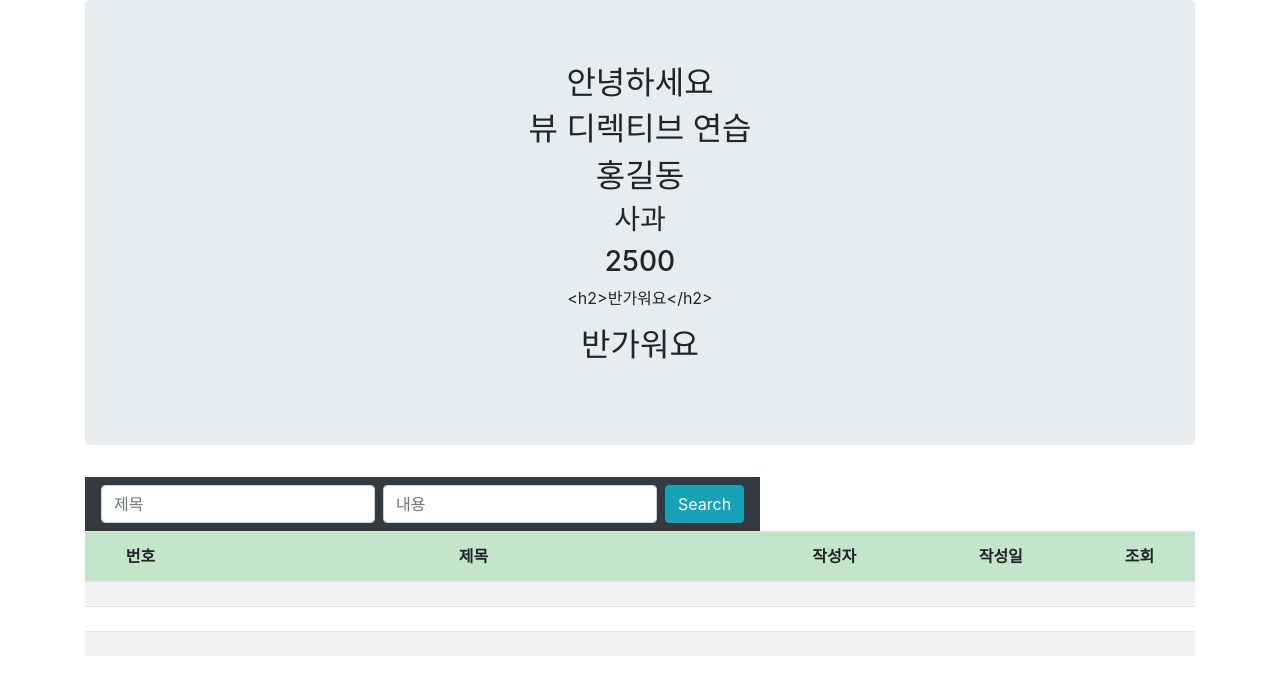
Repository: arongss/java
Page: springweb/src/main/webapp/a02_vue/a02_directive.html
The author's editor kept a copy of each file at every save. The page is drawn from the files as they stood at one save, then again after the next save.
The browser window is 1280 px wide. The pictures show the whole page.

Above is the page before, as saved 2023-02-01 07:42:58.

### springweb/src/main/webapp/a02_vue/a02_directive.html
<!DOCTYPE html>
<html>
<head>
<meta charset="UTF-8">
<title>Insert title here</title>
<link rel="stylesheet" href="/springweb/a00_com/bootstrap.min.css" >
<style>
	td{text-align:center;}
</style>
<script src="https://cdn.jsdelivr.net/npm/vue/dist/vue.js"></script>
<script src="/springweb/a00_com/jquery.min.js"></script>
<script src="/springweb/a00_com/bootstrap.min.js"></script>
<script type="text/javascript">
/*
1. 단방향 디렉티브
	1) {{모델명}} : 모델데이터를 처리하는 기본 형식
		출력형식 태그에 바로 사용한다. ex) <h2>{{모델명}}</h2>
	2) v-text : 모델데이터를 태그의 속성으로 선언하여 출력할 데이터를
		처리하는 방식. html랜더린(해석)하지 않는다.
		ex) <h2 v-text="모델명"></h2>
		ex) 물건명, 가격을 모델데이터로 선언하고
			h3, h3에 v-text속성으로 출력되게 하세요
	3) v-html : 태그가 포함된 모델데이터를 html로 랜더링(해석)해서
		출력할 때, 속성으로 선언한다.
	4) v-bind : 모델데이터를 요소객체의 속성값으로 할당하여 처리할 때,
		활용하는 변수형식
			<요소객체 v-bind:속성="속성값">

		ex) <h2 v-bind:align="모델명">데이터</h2>

 */
	$(document).ready(function(){
		var vm = new Vue({
			el:".container",
			data:{msg:"뷰 디렉티브 연습", name:"홍길동",
				pname:"사과",price:2500,
				msg2:"<h2>반가워요</h2>",
				align01:"center"}
		})
	});
</script>
</head>
<body>
<!-- ex) 물건명, 가격을 모델데이터로 선언하고
		h3, h3에 v-text속성으로 출력되게 하세요 -->
<div class="container">
	<div class="jumbotron text-center">
		<h2 v-bind:align="align01">안녕하세요</h2>
	  <h2 >{{msg}}</h2>
	  <h2 v-text="name"></h2>
	  <h3 v-text="pname"></h3>
	  <h3 v-text="price"></h3>
	  <p v-text="msg2"></p>
	  <p v-html="msg2"></p>
	</div>
	<form id="frm01" class="form-inline"  method="post">
  	<nav class="navbar navbar-expand-sm bg-dark navbar-dark">
	    <input class="form-control mr-sm-2" placeholder="제목" />
	    <input class="form-control mr-sm-2" placeholder="내용" />
	    <button class="btn btn-info" type="submit">Search</button>
 	</nav>
	</form>
   <table class="table table-hover table-striped">
   	<col width="10%">
   	<col width="50%">
   	<col width="15%">
   	<col width="15%">
   	<col width="10%">
    <thead>

      <tr class="table-success text-center">
        <th>번호</th>
        <th>제목</th>
        <th>작성자</th>
        <th>작성일</th>
        <th>조회</th>
      </tr>
    </thead>
    <tbody>
    	<tr><td></td><td></td><td></td><td></td><td></td></tr>
    	<tr><td></td><td></td><td></td><td></td><td></td></tr>
    	<tr><td></td><td></td><td></td><td></td><td></td></tr>
    </tbody>
	</table>
</div>
</body>
</html>

Loaded but not shown: springweb/src/main/webapp/a00_com/bootstrap.min.css (library); springweb/src/main/webapp/a00_com/jquery.min.js (library); springweb/src/main/webapp/a00_com/bootstrap.min.js (library)

After the next save:
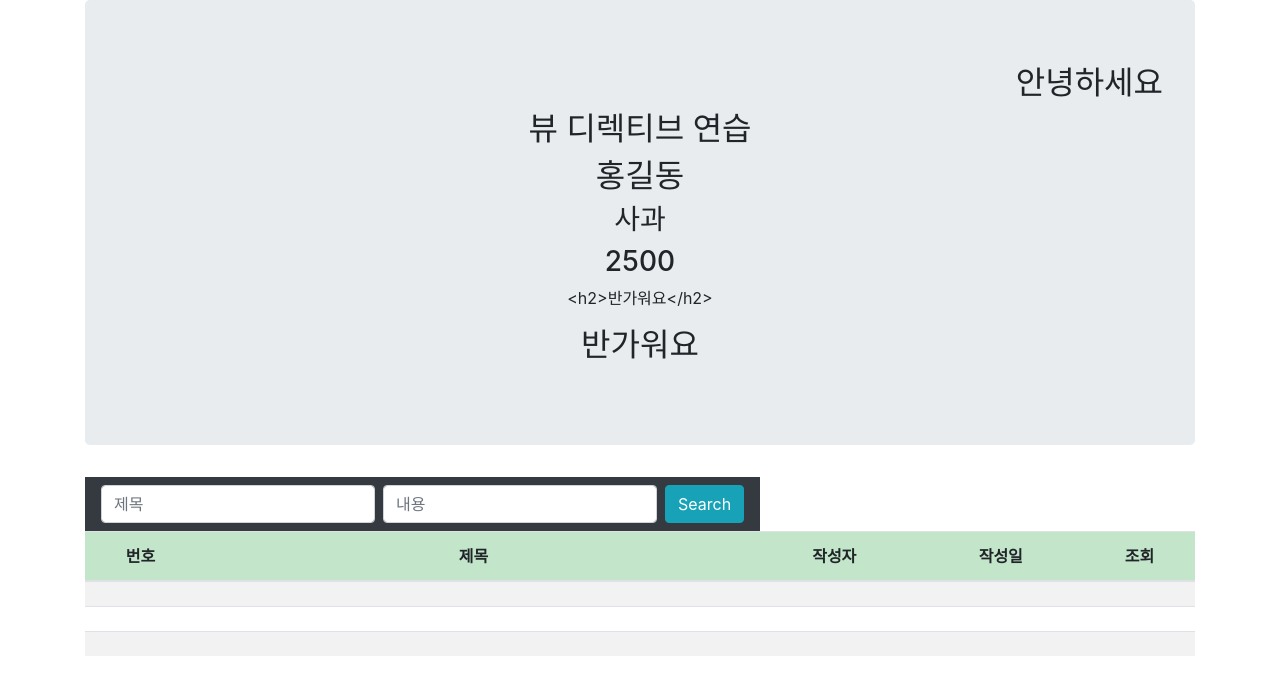
Saved 17 s later.
--- a/springweb/src/main/webapp/a02_vue/a02_directive.html
+++ b/springweb/src/main/webapp/a02_vue/a02_directive.html
@@ -35,7 +35,7 @@
 			data:{msg:"뷰 디렉티브 연습", name:"홍길동",
 				pname:"사과",price:2500,
 				msg2:"<h2>반가워요</h2>",
-				align01:"center"}
+				align01:"right"}
 		})
 	});
 </script>
